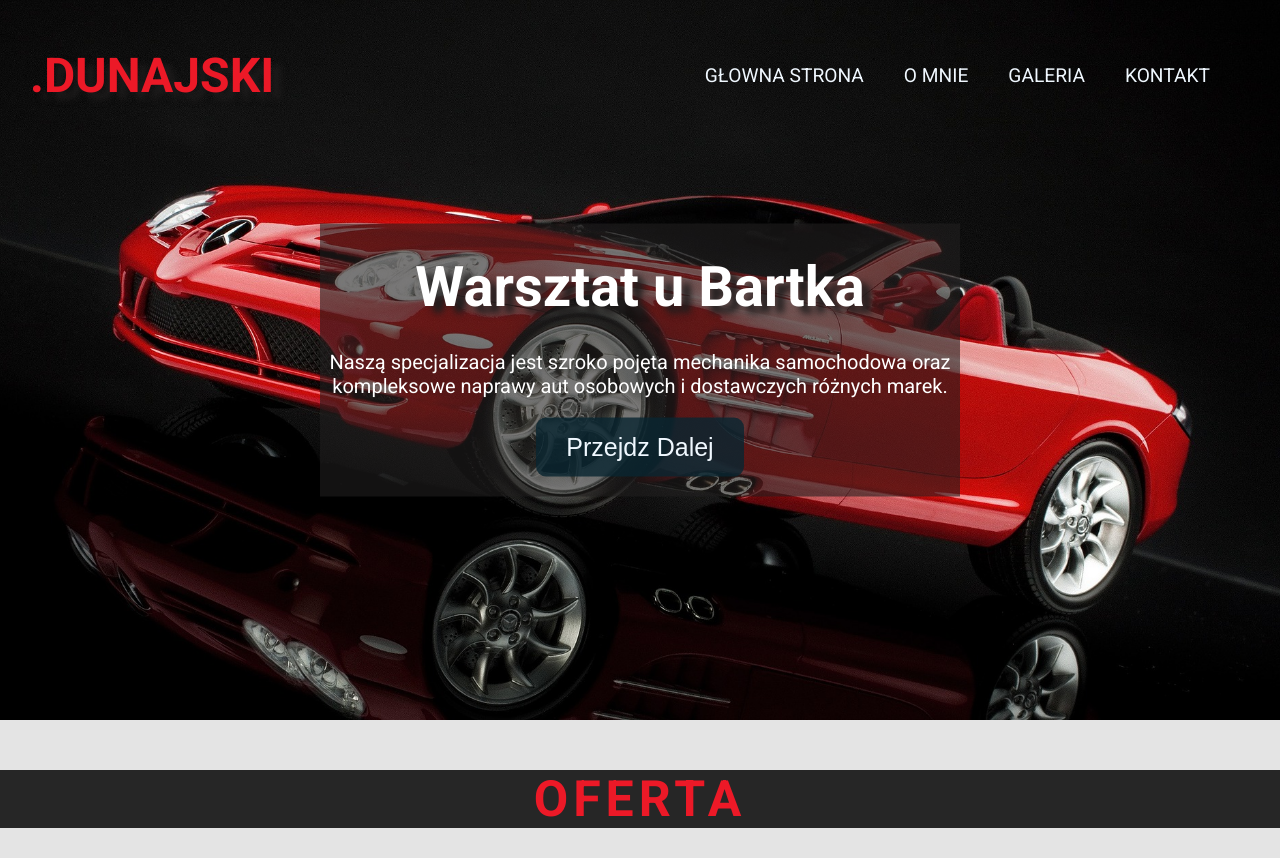
Repository: emas130/car-workshop-website
Page: index.html
These files come from the project's save history. The page is drawn as it stood at one moment and after the next save; the edit follows.
The browser window is 1280 px wide. The pictures show the part of the page from y = 0 to 858 px (the page is 1578 px tall).
A picture or video elsewhere on the page could not be fetched, so the positions and the page height are approximate. Some web libraries are served in a nearby version.

Above is the page before, as saved 2018-09-27 19:14:54.

After the next save:
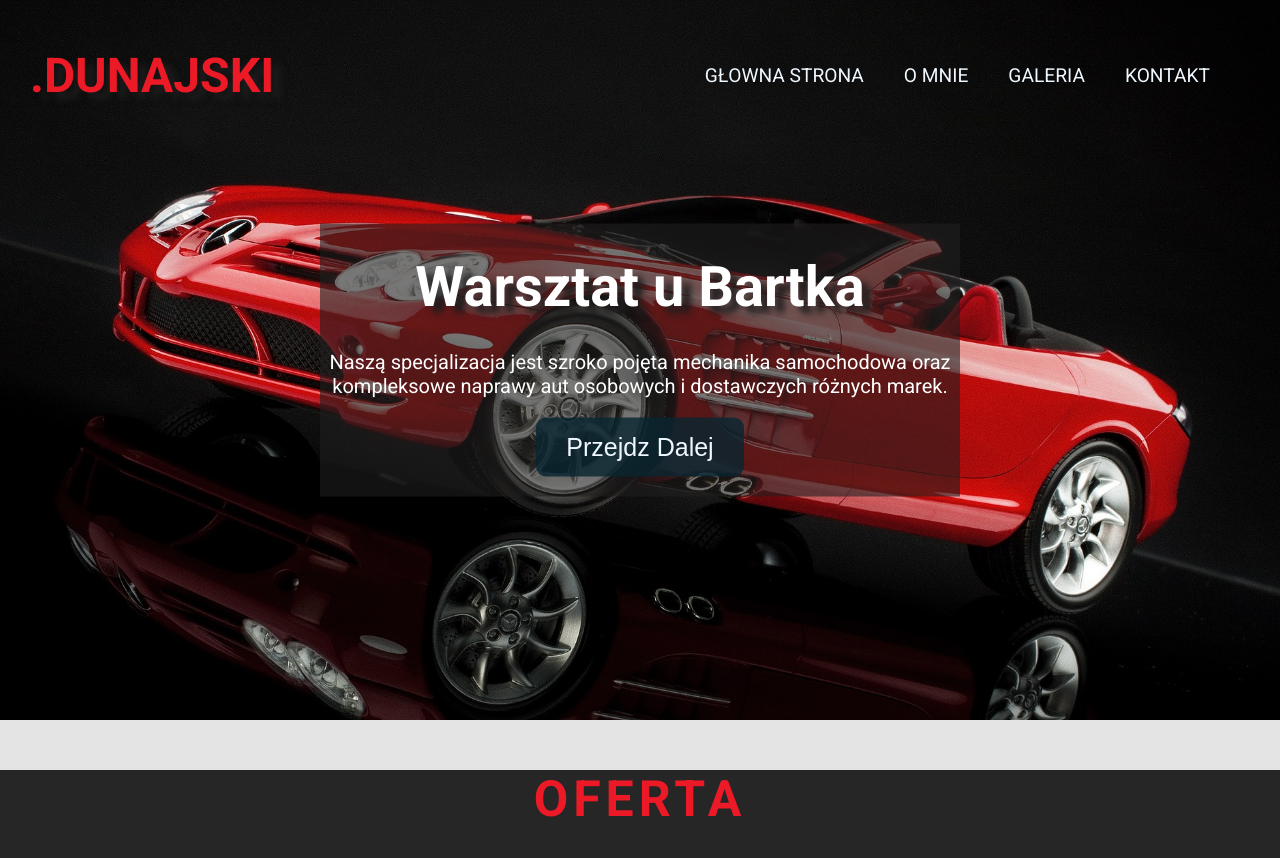
Saved 35 s later.
--- a/style.css
+++ b/style.css
@@ -111,6 +111,7 @@ button {
 .wraper {
 	margin: 0 auto;
 	text-align: center;
+	background: #262626;
 }
 
 .wraper h1 {
@@ -119,7 +120,6 @@ button {
 	margin-top: 50px;
 	color: #ec1927;
 	text-transform: uppercase;
-	background: #262626;
 }
 
 .container {
